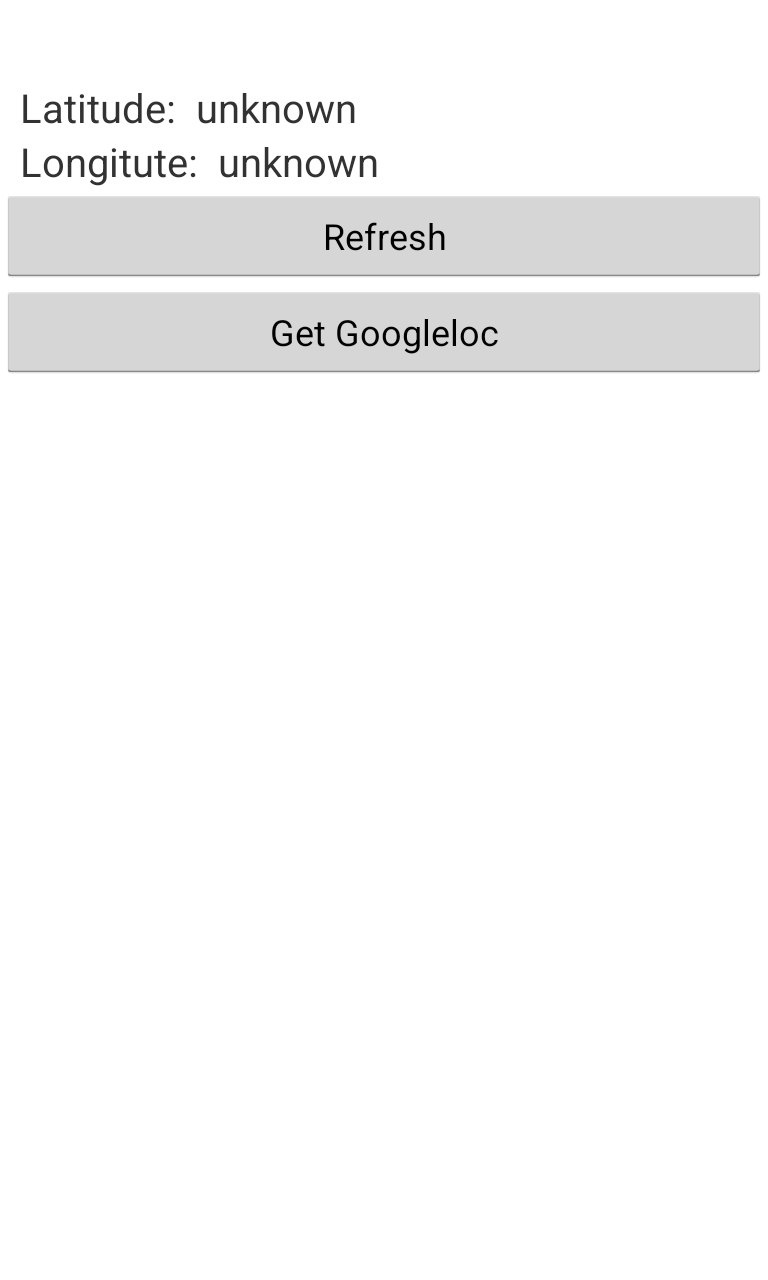
Repository: AungWinnHtut/projAndroid
Layout: com.engineer4myanmar.json.MainActivity/res/layout/activity_gps.xml
These files come from the project's save history. The layout is drawn as it stood at one moment and after the next save; the edit follows.
It is drawn on a 768 x 1280 px phone screen (xhdpi) without system bars, with theme AppTheme; the app's code is not run.

Above is the layout before, as saved 2015-08-29 23:52:37.

After the next save:
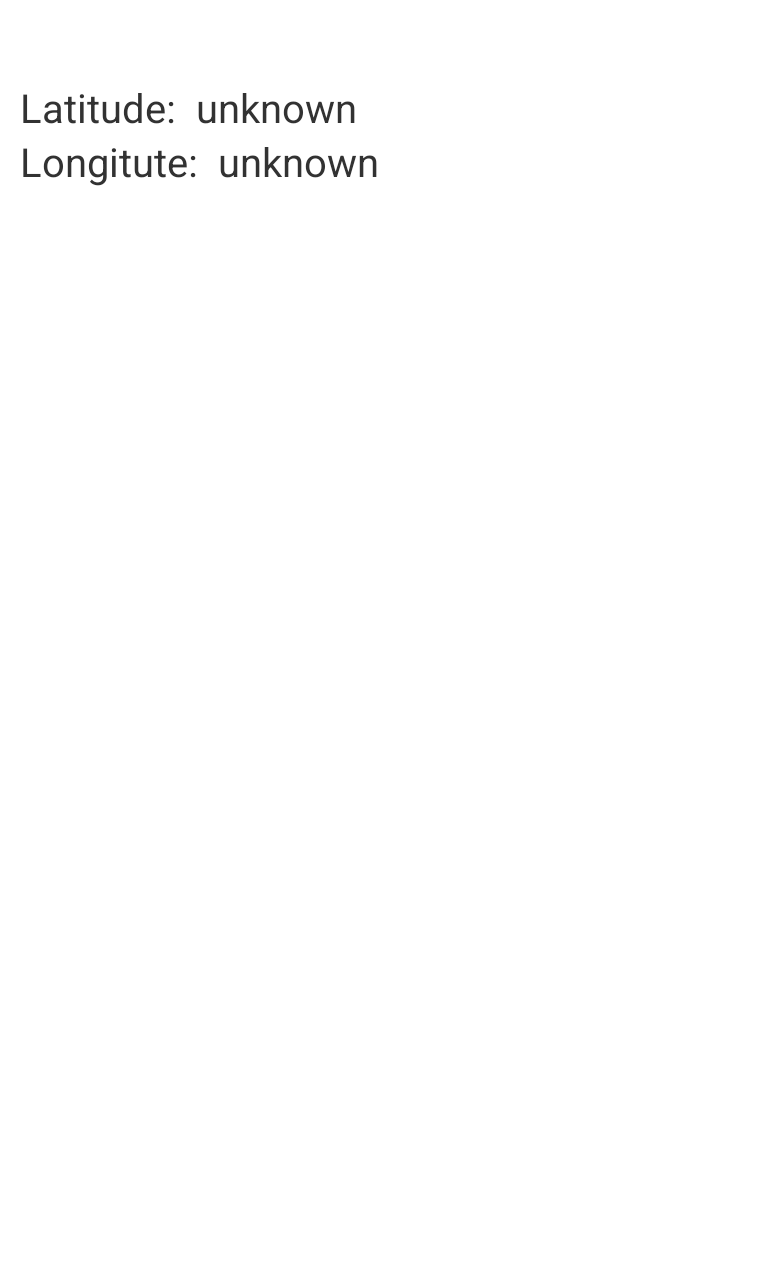
Saved 11 min 49 s later.
--- a/com.engineer4myanmar.json.MainActivity/res/layout/activity_gps.xml
+++ b/com.engineer4myanmar.json.MainActivity/res/layout/activity_gps.xml
@@ -54,18 +54,6 @@
         </TextView>
     </LinearLayout>
 
-    <Button
-        android:id="@+id/button1"
-        android:layout_width="match_parent"
-        android:layout_height="wrap_content"
-        android:onClick="funRefresh"
-        android:text="Refresh" />
 
-    <Button
-        android:id="@+id/button2"
-        android:layout_width="match_parent"
-        android:layout_height="wrap_content"
-        android:onClick="funGetLoc"
-        android:text="Get Googleloc" />
 
 </LinearLayout>
